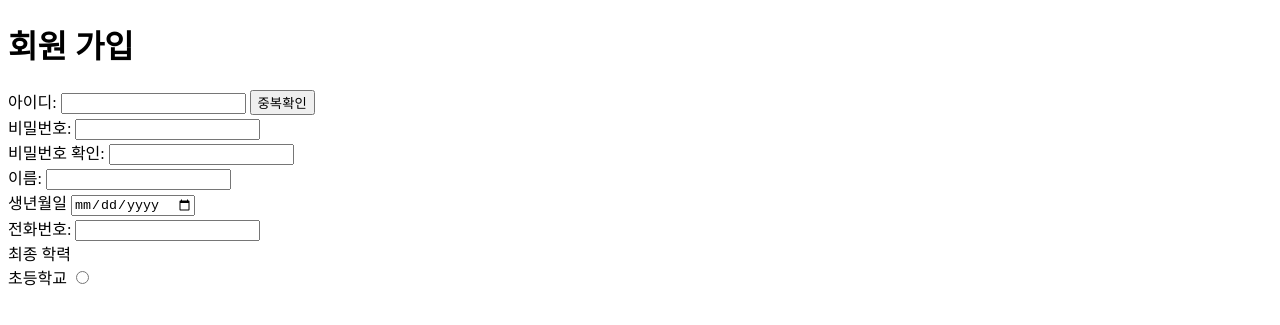
Repository: Chojaejun/javastudy
Page: HelloWorld/WebContent/Test2.html
The author's editor kept a copy of each file at every save. The page is drawn from the files as they stood at one save, then again after the next save.
The browser window is 1280 px wide. The pictures show the whole page.

Above is the page before, as saved 2020-12-07 00:52:22.

### HelloWorld/WebContent/Test2.html
<!DOCTYPE html>
<html>
<head>
<meta charset="UTF-8">
<title>Insert title here</title>
</head>
<body>
<h1>회원 가입</h1>
<form action="" method="post">
<label for="id">아이디: </label>
<input id="id" name="id"> <button>중복확인</button>
<br>
<label for="ps1">비밀번호: </label>
<input id="ps1" type="password" name="ps1">
<br>
<label for="ps2">비밀번호 확인: </label>
<input id="ps2" type="password" name="ps2">
<br>
<label for="name">이름: </label>
<input id="name" name="name">
<br>
<label for="birth">생년월일</label>
<input id="birth" type="date" name="birth">
<br>
<label for="tel">전화번호: </label>
<input id="tel" type="tel" name="tel">
<br>
<label>최종 학력</label>
<br>
<label for="es">초등학교</label>
<input id="es" type="radio" name="es">





</form>

</body>
</html>

After the next save:
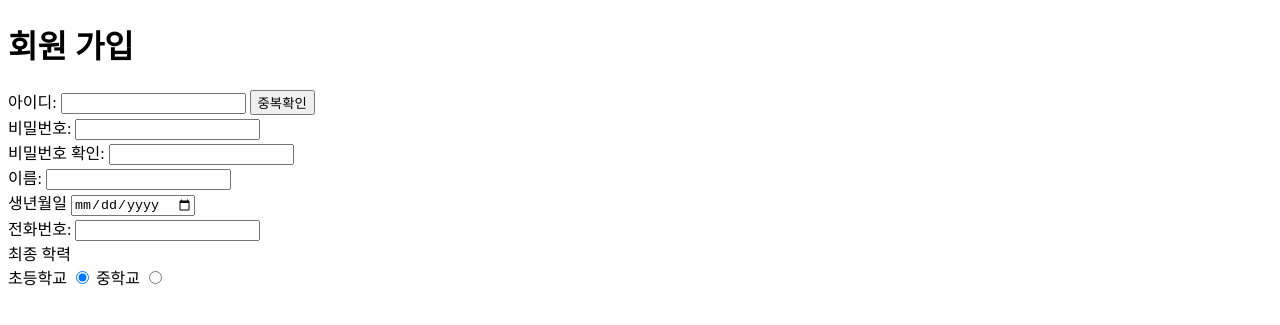
Saved 53 s later.
--- a/HelloWorld/WebContent/Test2.html
+++ b/HelloWorld/WebContent/Test2.html
@@ -28,7 +28,11 @@
 <label>최종 학력</label>
 <br>
 <label for="es">초등학교</label>
-<input id="es" type="radio" name="es">
+<input id="es" type="radio" name="es" checked="checked">
+<label for="ms">중학교</label>
+<input id="ms" type="radio" name="ms">
+
+
 
 
 
